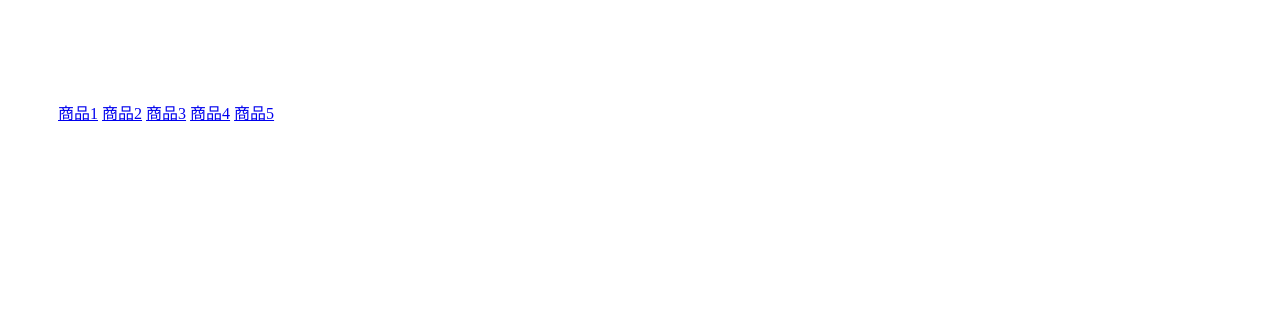
Repository: showmore/study
Page: http://localhost/MyWebProject/productlist.jsp
An editor plug-in stored every save of this project. The page is shown before and after the next save, followed by the edit.
The browser window is 1280 px wide. The pictures show the whole page.
The page is served by Tomcat 9. Other server files are loaded and not shown.

Above is the page before, as saved 2018-12-26 13:45:03.

### MyWebProject/WebContent/productlist.jsp
<%@ page language="java" contentType="text/html; charset=UTF-8"
    pageEncoding="UTF-8"%>
<!DOCTYPE html>
<html>
<head>
<meta charset="UTF-8">
<title>productlist
</title>
</head>
<body>
	<div style="margin:100px 50px;padding:auto;">
		<a href="<%=request.getContextPath()%>/shopping.pdo?pname='商品1'">商品1</a>
		<a href="<%=request.getContextPath()%>/shopping.pdo?pname='商品2'">商品2</a>
		<a href="<%=request.getContextPath()%>/shopping.pdo?pname='商品3'">商品3</a>
		<a href="<%=request.getContextPath()%>/shopping.pdo?pname='商品4'">商品4</a>
		<a href="<%=request.getContextPath()%>/shopping.pdo?pname='商品5'">商品5</a>



	</div>
</body>
</html>

After the next save:
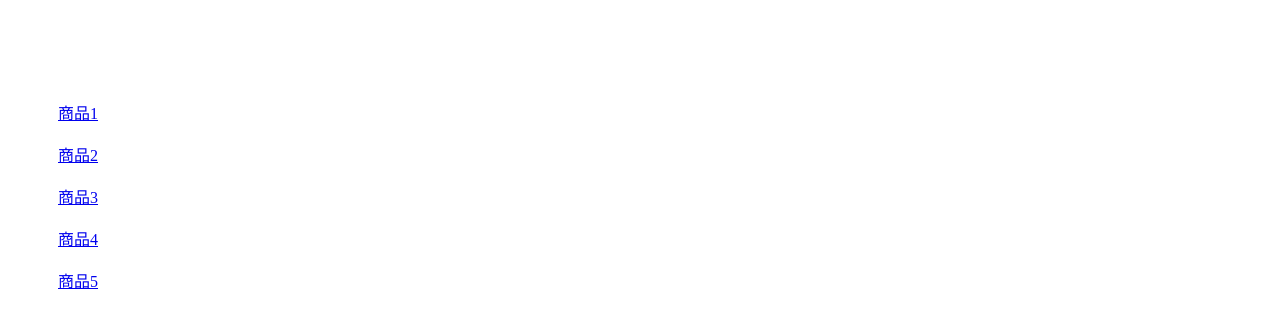
Saved 48 s later.
--- a/MyWebProject/WebContent/productlist.jsp
+++ b/MyWebProject/WebContent/productlist.jsp
@@ -9,11 +9,11 @@
 </head>
 <body>
 	<div style="margin:100px 50px;padding:auto;">
-		<a href="<%=request.getContextPath()%>/shopping.pdo?pname='商品1'">商品1</a>
-		<a href="<%=request.getContextPath()%>/shopping.pdo?pname='商品2'">商品2</a>
-		<a href="<%=request.getContextPath()%>/shopping.pdo?pname='商品3'">商品3</a>
-		<a href="<%=request.getContextPath()%>/shopping.pdo?pname='商品4'">商品4</a>
-		<a href="<%=request.getContextPath()%>/shopping.pdo?pname='商品5'">商品5</a>
+		<a href="<%=request.getContextPath()%>/shopping.pdo?pname='商品1'">商品1</a><br><br>
+		<a href="<%=request.getContextPath()%>/shopping.pdo?pname='商品2'">商品2</a><br><br>
+		<a href="<%=request.getContextPath()%>/shopping.pdo?pname='商品3'">商品3</a><br><br>
+		<a href="<%=request.getContextPath()%>/shopping.pdo?pname='商品4'">商品4</a><br><br>
+		<a href="<%=request.getContextPath()%>/shopping.pdo?pname='商品5'">商品5</a><br><br>
 
 
 
